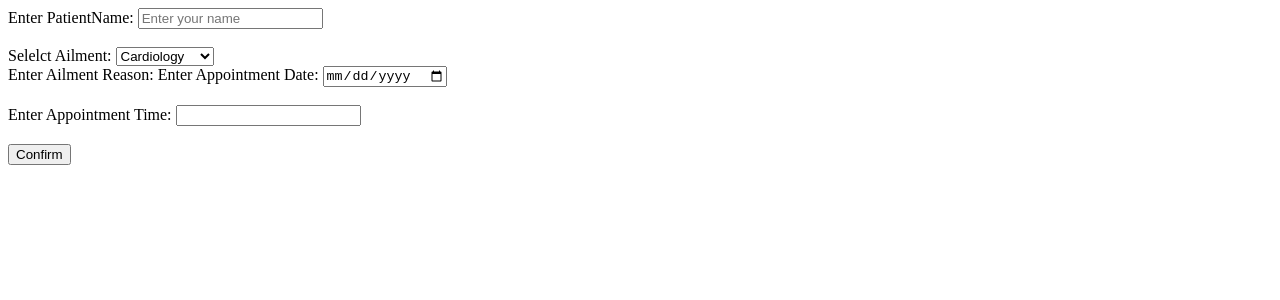
Repository: Pravinkumar-Raja/Appointment-Scheduling
Page: http://localhost/AppointmentProject/WEB-INF/views/Appoint.jsp
The author's editor kept a copy of each file at every save. The page is drawn from the files as they stood at one save, then again after the next save.
The browser window is 1280 px wide. The pictures show the whole page.
The page is served by Tomcat 9. Nobody is signed in. The template is opened directly, without the code that normally fills it, so the values that code supplies are empty.

Above is the page before, as saved 2025-12-02 08:38:01.

After the next save:
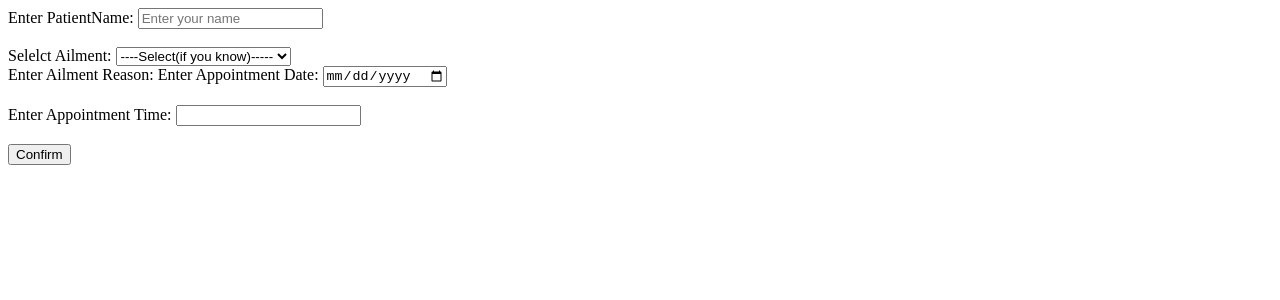
Saved 78 s later.
--- a/AppointmentProject/src/main/webapp/WEB-INF/views/Appoint.jsp
+++ b/AppointmentProject/src/main/webapp/WEB-INF/views/Appoint.jsp
@@ -4,6 +4,7 @@
 
 			Enter PatientName: <input type="text" name="patientName" placeholder="Enter your name"/><br><br>
 			Selelct Ailment: <select name="ailmentType">
+				<option value="">----Select(if you know)-----</option>
 				<option value="cardiology">Cardiology</option>
 				<option value="Dermatology">Dermatology</option>
 				<option value="Pediatrics">Pediatric</option>
